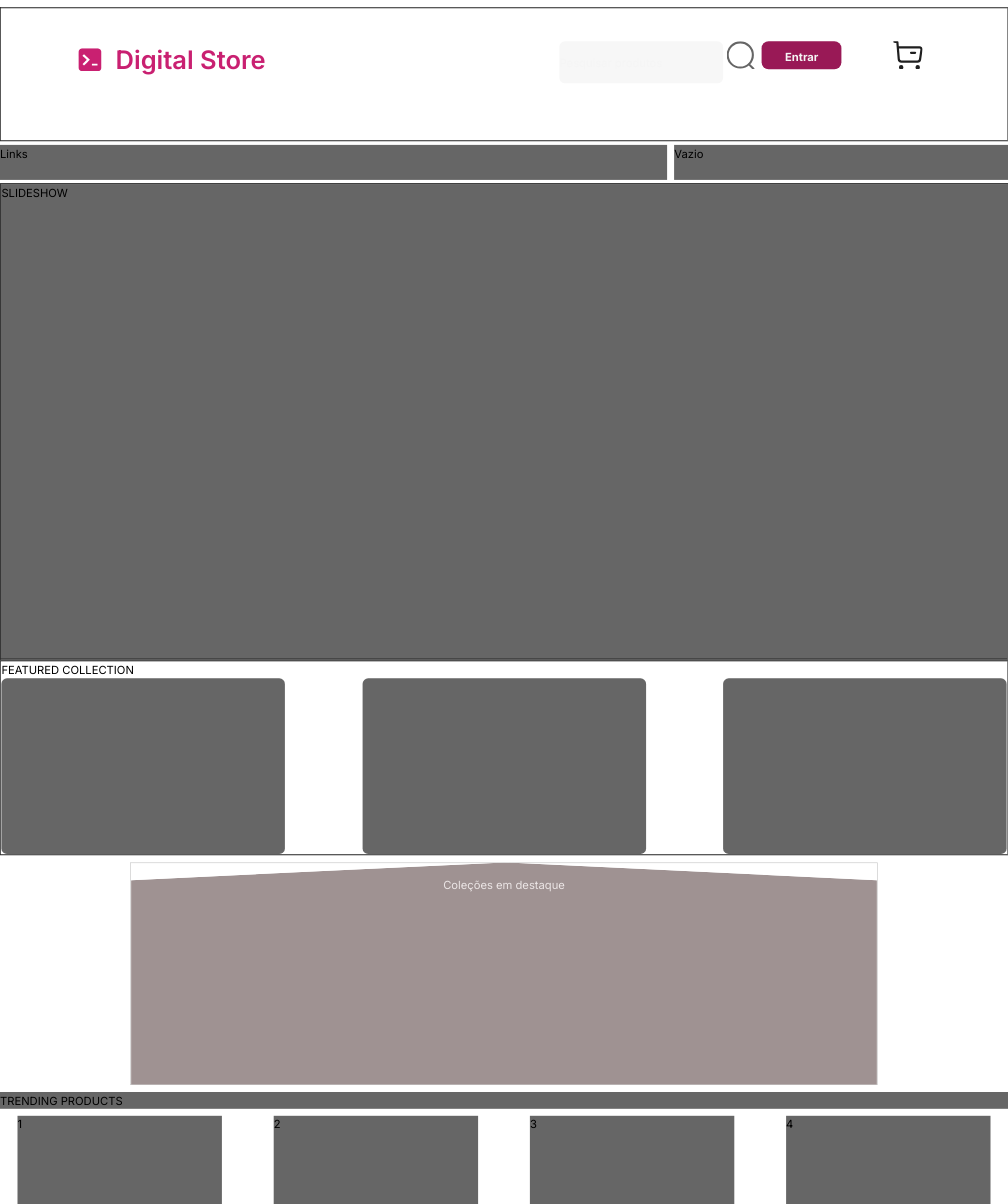
Repository: theophiloweb/landpage_disgital_store
Page: index.html
An editor plug-in stored every save of this project. The page is shown before and after the next save, followed by the edit.
The browser window is 1280 px wide. The page is 1440 px wide, so the pictures cover 1440 px, including what lies to the right of the window. The pictures show the part of the page from y = 0 to 1720 px (the page is 3178 px tall), at 70% of full size.

Above is the page before, as saved 2025-04-24 10:21:28.

### index.html
<!DOCTYPE html>
<html lang="en">

<head>
    <meta charset="UTF-8">
    <meta name="viewport" content="width=device-width, initial-scale=1.0">
    <title>Document</title>
    <script src="https://cdn.jsdelivr.net/npm/@tailwindcss/browser@4"></script>
    <link rel="stylesheet" href="style.css">
    <link rel="shortcut icon" href="./images/logo.svg" type="image/x-icon">
</head>

<body>

    <!-- Container principal  -->
    <div class="container">

        <header>

            <div class="logotipo">

                <div class="logotipo_img">
                    <img src="./images/logo.svg" alt="Logo" />
                </div>
                <div class="logotipo_text">
                    <p>Digital Store</p>
                </div>


            </div>

            <div class="search_bar">

                <div class="search_bar_input">
                    <input type="text" placeholder="Pesquisar produtos" class="input_search" />
                    <img src="./images/search.svg" alt="search" />
                    <button type="submit" class="button_search"></button>
                    <button type="button" class="button_login">Entrar</button>
                    <img src="./images/buy0.svg" alt="buy" class="buy_icon" />
                </div>
            </div>

        </header>

        <nav>
            <p class="nav_links">Links</p>
            <p class="nav_empty">Vazio</p>
        </nav>

        <main>

            <aside>

                <section class="slideshow">
                    <p>SLIDESHOW</p>
                </section>

                <section class="featured_collection">
                    <p>FEATURED COLLECTION</p>
                    <div class="img_featured_collection">
                        <div class="img_featured_collection_img1"></div>
                        <div class="img_featured_collection_img2"></div>
                        <div class="img_featured_collection_img3"></div>
                    </div>
                </section>

                <section class="featured_collection_2">

                    <div class="featured_collection_2_box1">
                        <div class="featured_collection_2_box2">
                            <p>Coleções em destaque</p>
                        </div>
                    </div>


                </section>

                <section class="trending_products">
                    <p>TRENDING PRODUCTS</p>
                    <div class="boxs_trending_products">
                        <div class="box1">1</div>
                        <div class="box2">2</div>
                        <div class="box3">3</div>
                        <div class="box4">4</div>
                        <div class="box5">5</div>
                        <div class="box6">6</div>
                        <div class="box7">7</div>
                        <div class="box8">8</div>
                    </div>
                </section>

                <section class="special_offer">

                    <div class="special_offer_grp_img">
                        <div class="elipse_special_offer">E</div>
                    </div>

                    <div class="special_offer_text">
                        <p>Oferta especial</p>
                        <h2>Air Jordan edição de colecionador</h2>
                        <p>Lorem ipsum dolor sit amet, consectetur adipiscing elit, sed do eiusmod tempor incididunt ut
                            labore et dolore magna aliqua. Ut enim ad minim veniam, quis nostrud exercitation ullamco
                            laboris nisi ut aliquip</p>

                    </div>

                </section>

            </aside>
        </main>
    </div>
    <footer class="footer">

        <div class="logo_footer">Logo Footer</div>

        <div class="links_utils">
            <div class="information">Information</div>
            <div class="categories">Categories</div>
            <div class="contact">Contact</div>
        </div>

    </footer>
</body>

</html>

### style.css
@import url("https://fonts.googleapis.com/css2?family=Inter:ital,opsz,wght@0,14..32,100..900;1,14..32,100..900&family=Oswald:wght@200..700&family=Roboto:ital,wght@0,100..900;1,100..900&display=swap");

:root {
  --color-dark: #1f1f1f;
  --dark-gray-1: #474747;
  --dark-gray-2: #666666;
  --light-gray-1: #8f8f8f;
  --light-gray-2: #cccccc;
  --light-gray-3: #f5f5f5;
  --white: #ffffff;
  --primary: #c92071;
  --secundary: #b5b6f2;
  --tTertiary: #991956;
  --error: #ee4266;
  --success: #52ca76;
  --warning: #f6aa1c;
  --primary-g: linear-gradient(top, #c92071 0%, #edabca 100%);
  --secondary-g: linear-gradient(top, #b5b6f2 0%, #efefff 100%);
  --offset: 40px;
}

* {
  margin: 0;
  padding: 0;
  box-sizing: border-box;
  font-family: "Inter", sans-serif;
}

body {
  width: 100%;
  height: auto;
  display: grid;
  place-items: center;
  grid-template-columns: auto;
  grid-template-rows: auto;
}

.container {
  margin-top: 10px;
  display: grid;
  grid-template-rows: 1fr;
  place-items: center;
  max-width: 1440px;
  gap: 5px;
}

/* Header */
header {
  display: flex;
  gap: 10px;
  justify-content: center;
  border: 2px groove var(--color-dark);
  width: 1440px;
  height: 192px;

}

.logotipo {
  display: grid;
  grid-template-columns: 1fr 4fr;
  grid-template-rows: 1fr;
  margin-top: 20px;

}

.logotipo_img {
  margin-top: 37px;
  width: 33px;
  height: 33px;

}

.logotipo_text {
  margin-top: 27px;
  font-size: 36.4px;
  font-family: "Inter";
  font-weight: 600;
  color: rgba(201, 32, 113, 1);
}

.search_bar_input {
  padding: 10px;
  margin-top: 37px;
  margin-left: 400px;
  display: flex;
  gap: 5px;
  border-radius: 8px;
  opacity: 9;
  height: 60px;

}

.input_search {
  background: #474747;
  border-radius: 8px;
  opacity: 0.04;
  height: 60px;
}

.button_login {
  width: 114px;
  height: 40px;
  color: var(--light-gray-3, #f5f5f5);
  text-align: center;
  font-family: "Inter", sans-serif;
  font-size: 16px;
  font-weight: 700;
  background-color: var(--tTertiary);
  padding: 10px;
  border-radius: 10px;
}

.buy_icon {
  margin-left: 69px;
}

nav {
  width: 1440px;
  height: 50px;
  display: grid;
  gap: 10px;
  grid-template-columns: 2fr 1fr;

}

.nav_links {
  background-color: var(--dark-gray-2);
}

.nav_empty {
  background-color: var(--dark-gray-2);
}

/* Section Central Slideshow */
.slideshow {
  border: 2px groove var(--color-dark);
  width: 1440px;
  height: 681px;
  background-color: var(--dark-gray-2);
}

/* Section Central featured_collection - Image */
.featured_collection {
  border: 2px groove var(--color-dark);
  max-width: 1440px;
}

.img_featured_collection {
  display: flex;

  justify-content: space-between;
}

.img_featured_collection_img1 {
  width: 405px;
  height: 251px;
  border-radius: 8px;
  background-color: var(--dark-gray-2);
}

.img_featured_collection_img2 {
  width: 405px;
  height: 251px;
  border-radius: 8px;
  background-color: var(--dark-gray-2);
}

.img_featured_collection_img3 {
  width: 405px;
  height: 251px;
  border-radius: 8px;
  background-color: var(--dark-gray-2);
}

/* Section Central featured_collection 2 */
.featured_collection_2 {
  display: flex;
  justify-content: center;
  max-width: 1440px;
  margin-top: 10px;
}

.featured_collection_2_box1 {
  width: 1067.5px;
  height: 317.5px;
  position: relative;
  display: flex;
  justify-content: center;
  align-items: center;
  box-sizing: border-box;
  border: 1px solid #ccc;
  margin: 92.5px 0 156px 0 216.5px;
}

.featured_collection_2_box2 {
  width: 1067.5px;
  height: 317.5px;
  border: none;
  border-radius: 0;
  position: relative;
  overflow: hidden;
  background: none;
  -webkit-clip-path: polygon(0% 8%, 50% 0%, 100% 8%, 100% 100%, 0% 100%);
  clip-path: polygon(0% 8%, 50% 0%, 100% 8%, 100% 100%, 0% 100%);
  box-sizing: border-box;
}

.featured_collection_2_box2::before {
  content: "";
  position: absolute;
  top: 0;
  left: 0;
  width: 100%;
  height: 100%;
  background-color: rgb(159, 146, 146);
  -webkit-clip-path: polygon(0% 8%, 50% 0%, 100% 8%, 100% 100%, 0% 100%);
  clip-path: polygon(0% 8%, 50% 0%, 100% 8%, 100% 100%, 0% 100%);
  z-index: 1;
}

.featured_collection_2_box2::after {
  content: "";
  position: absolute;
  top: 2px;
  left: 2px;
  width: calc(100% - 4px);
  height: calc(100% - 4px);
  background-color: transparent;
  -webkit-clip-path: polygon(0% 8%, 50% 0%, 100% 8%, 100% 100%, 0% 100%);
  clip-path: polygon(0% 8%, 50% 0%, 100% 8%, 100% 100%, 0% 100%);
  z-index: 2;
}

.featured_collection_2_box2 p {
  position: relative;
  z-index: 3;
  color: rgb(236, 230, 230);
  padding: 20px;
  text-align: center;
}

/* trending_products */

.trending_products {
  margin-top: 10px;
  display: flex;
  flex-direction: column;
}

.trending_products p {
  background-color: var(--dark-gray-2);
}

.boxs_trending_products {
  margin-top: 10px;
  display: grid;
  grid-template-columns: repeat(4, 1fr);
  grid-template-rows: repeat(2, 1fr);
  gap: 24px;
  justify-items: center;
  align-items: stretch;
}

.boxs_trending_products .box1 {
  background-color: var(--dark-gray-2);
  width: 292px;
  height: 321px;
}

.boxs_trending_products .box2 {
  background-color: var(--dark-gray-2);
  width: 292px;
  height: 321px;
}

.boxs_trending_products .box3 {
  background-color: var(--dark-gray-2);
  width: 292px;
  height: 321px;
}

.boxs_trending_products .box4 {
  background-color: var(--dark-gray-2);
  width: 292px;
  height: 321px;
}

.boxs_trending_products .box5 {
  background-color: var(--dark-gray-2);
  width: 292px;
  height: 321px;
}

.boxs_trending_products .box6 {
  background-color: var(--dark-gray-2);
  width: 292px;
  height: 321px;
}

.boxs_trending_products .box7 {
  background-color: var(--dark-gray-2);
  width: 292px;
  height: 321px;
}

.boxs_trending_products .box8 {
  background-color: var(--dark-gray-2);
  width: 292px;
  height: 321px;
}

/* Section Central special_offer */

.special_offer {
  display: flex;
  gap: 99px;
  justify-content: space-around;
  max-width: 1440px;
  margin-top: 10px;
  background-color: var(--light-gray-2);
  height: 553px;
  flex-shrink: 0;
}

.special_offer_grp_img {
  width: 573px;
  height: 330px;
  /*background: url(./images/Laye\ 1.svg) var(--white) 100% / cover no-repeat; */
  background-color: var(--light-gray-2);
  margin: 32px 0 191px 20px;
}

.elipse_special_offer {
  width: 466px;
  height: 466px;
  flex-shrink: 0;
  border-radius: 466px;
  border: 1px solid #000;
  background: linear-gradient(180deg,
      rgba(66, 0, 255, 0.25) -40.67%,
      rgba(255, 255, 255, 0) 100%);
}

.special_offer_text {
  width: 573px;
  height: 330px;
  background-color: var(--light-gray-2);
  margin-top: 32px;
  margin-right: 159px;
}

.special_offer_text p {
  color: var(--primary, #c92071);
  font-feature-settings: "liga" off, "clig" off;
  font-family: Inter;
  font-size: 14px;
  font-style: normal;
  font-weight: 700;
  line-height: 22px;
  /* 157.143% */
  letter-spacing: 0.75px;
}

.special_offer_text h2 {
  color: var(--dark-gray-2, #474747);
  font-feature-settings: "liga" off, "clig" off;
  font-family: Inter;
  font-size: 48px;
  font-style: normal;
  font-weight: 700;
  line-height: 50px;
  /* 104.167% */
  letter-spacing: 1px;
}

.special_offer_text:last-child p {
  color: var(--dark-gray-2, #474747);
  font-feature-settings: "liga" off, "clig" off;
  font-family: Inter;
  font-size: 16px;
  font-style: normal;
  font-weight: 400;
  line-height: 28px;
  /* 175% */
  letter-spacing: 0.75px;
}

/* Footer */

footer {
  display: flex;
  gap: 205px;
  justify-content: center;
  justify-content: space-around;
  background-color: var(--dark-gray-2);
  width: 1440px;
  height: 454px;
  flex-shrink: 0;
  margin-top: -99px;
}

.logo_footer {
  width: 307px;
  height: 300px;
  background-color: var(--white);
  margin-top: 72px;
}

.links_utils {
  display: flex;
  gap: 10px;
  margin-top: 72px;
}

.information {
  width: 250px;
  height: 300px;
  background-color: var(--white);
}

.categories {
  width: 250px;
  height: 300px;
  background-color: var(--white);
}

.contact {
  width: 250px;
  height: 300px;
  background-color: var(--white);
}

After the next save:
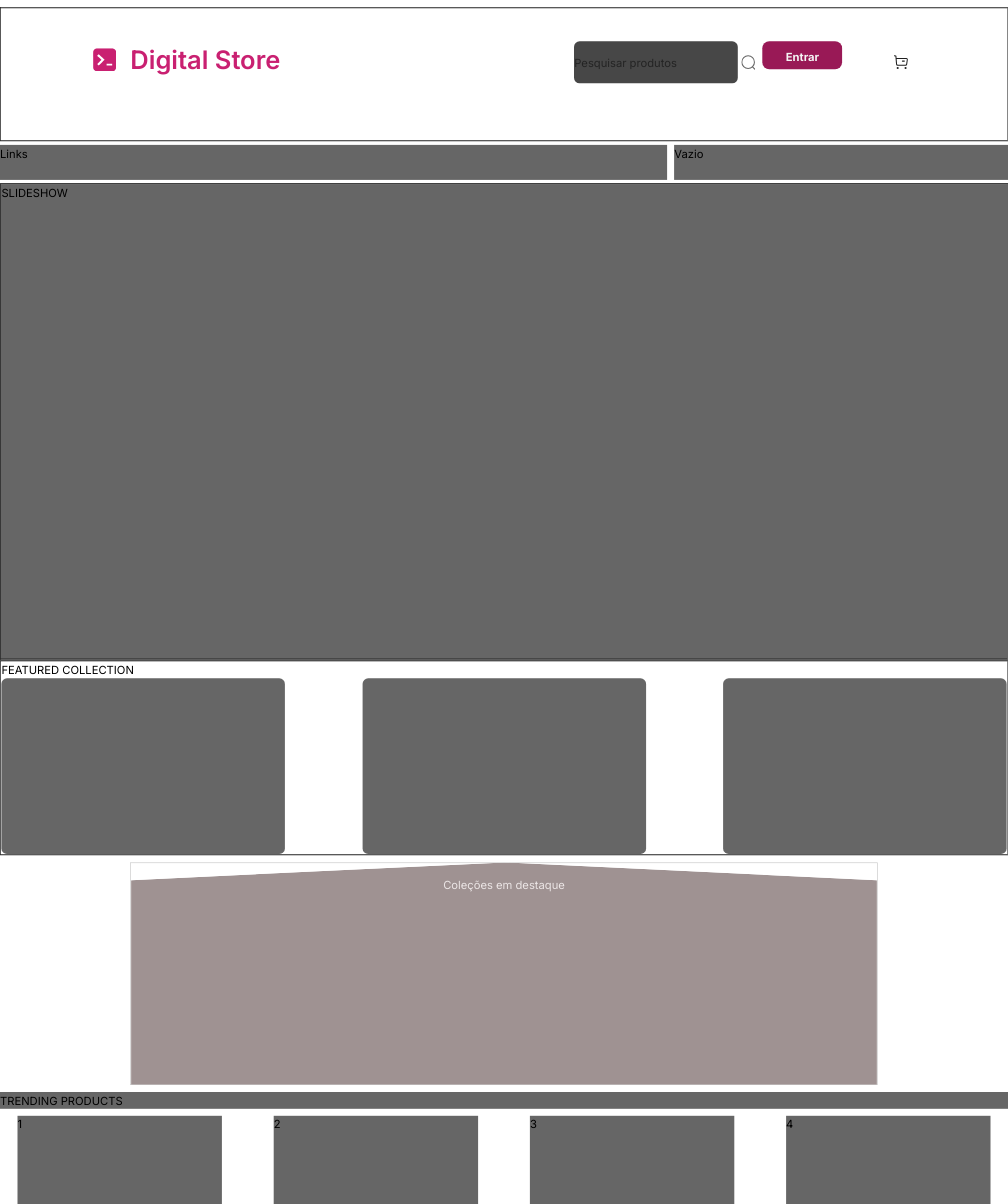
Saved 38 s later.
--- a/style.css
+++ b/style.css
@@ -84,16 +84,15 @@ header {
   margin-left: 400px;
   display: flex;
   gap: 5px;
-  border-radius: 8px;
-  opacity: 9;
-  height: 60px;
+
 
 }
 
 .input_search {
   background: #474747;
   border-radius: 8px;
-  opacity: 0.04;
+  border-radius: 8px;
+  opacity: 9;
   height: 60px;
 }
 
